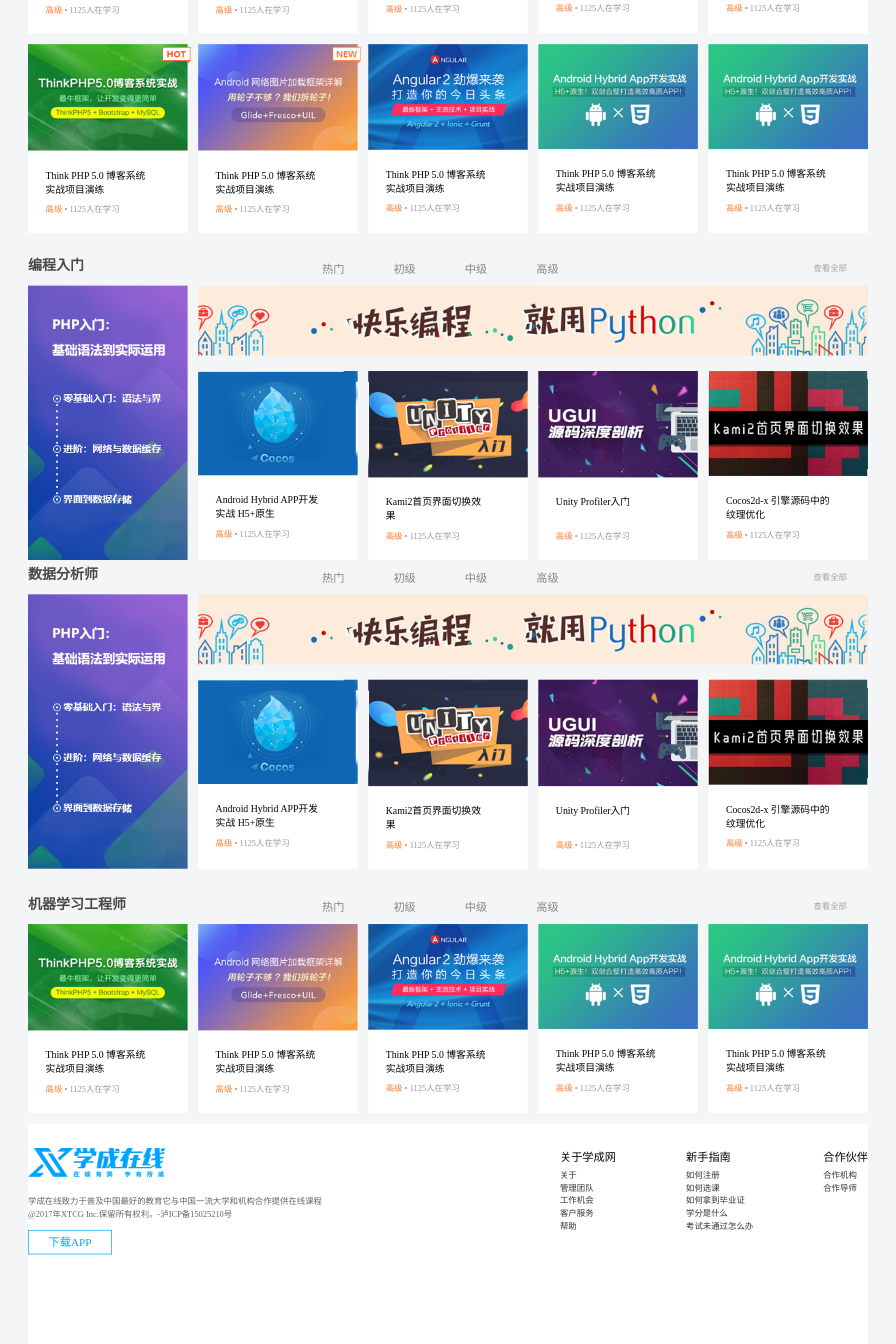
Repository: ywq0312/XueCheng
Page: index.html
These files come from the project's save history. The page is drawn as it stood at one moment and after the next save; the edit follows.
The browser window is 1280 px wide. The pictures show the part of the page from y = 890 to 2810 px (the page is 2810 px tall before and 2647 px after), at 70% of full size.

Above is the page before, as saved 2021-05-19 15:44:58.

After the next save:
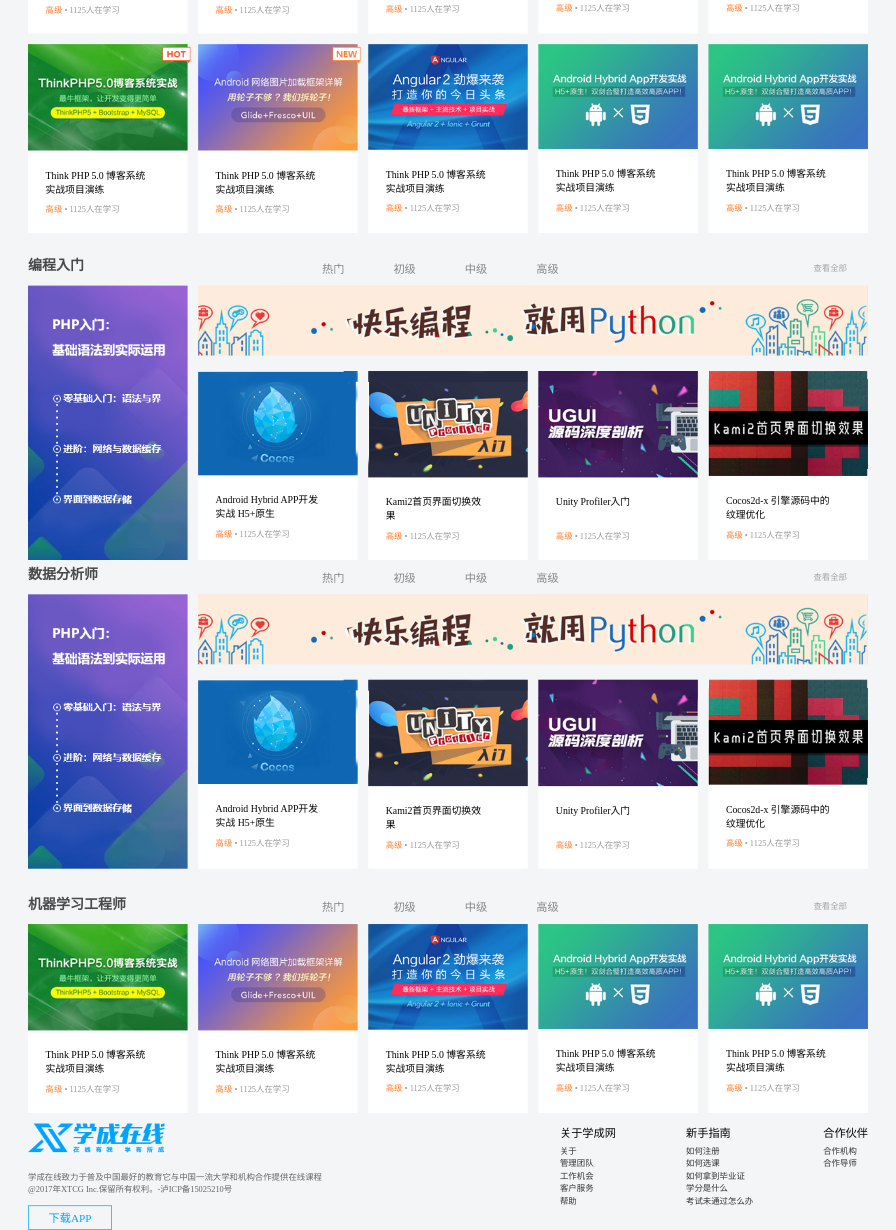
Saved 3 min 11 s later.
--- a/index.html
+++ b/index.html
@@ -416,7 +416,7 @@
         </div>
     </div>
     <!-- footer 页底模块 -->
-    <div class="footer">
+    <div class="footerd">
         <div class="w">
             <div class="copyright">
                 <img src="./images/学成在线.png" alt="">
